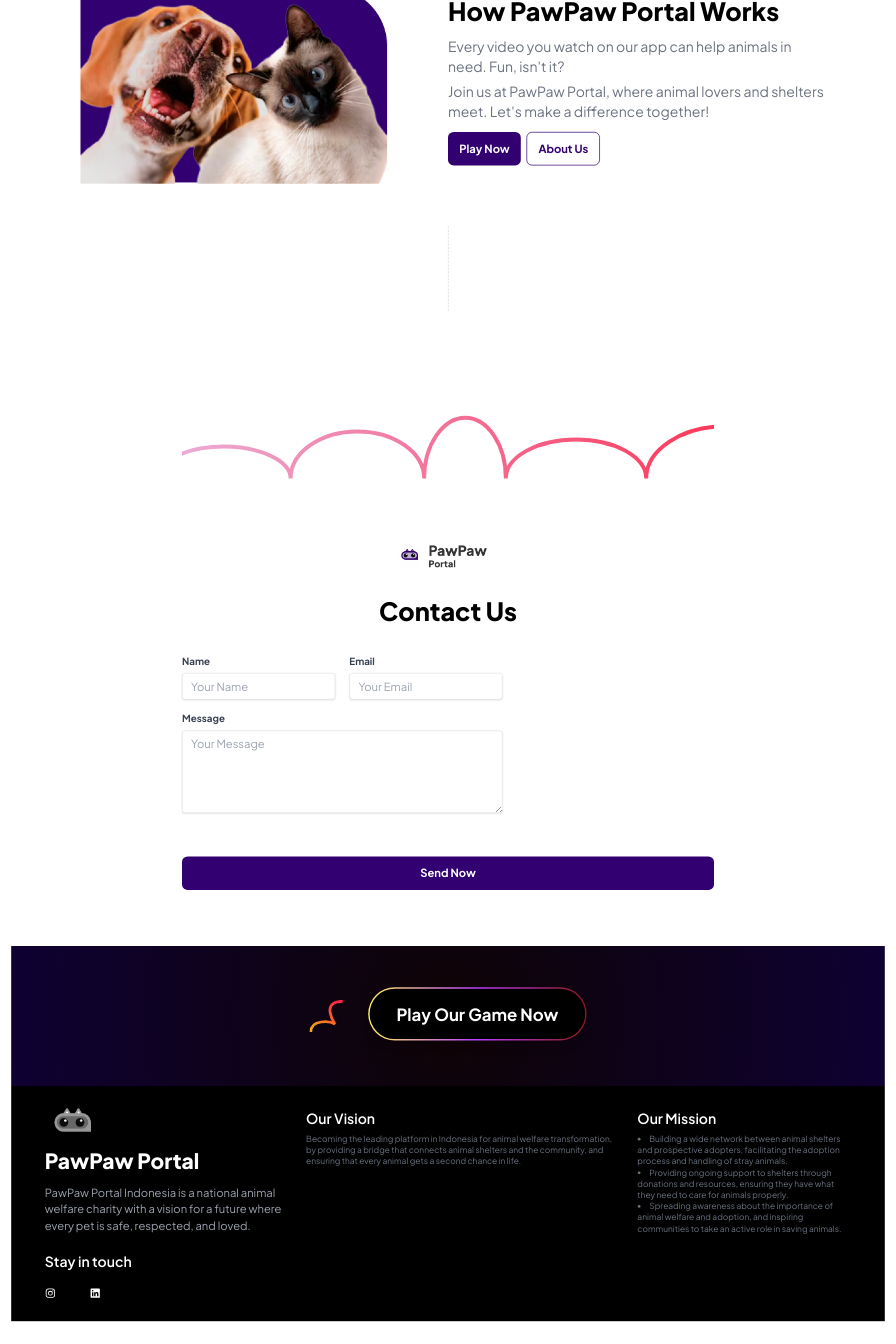
Repository: paskasiregar/pawpawwebsite
Page: /
These files come from the project's save history. The page is drawn as it stood at one moment and after a run of saves; the edit follows.
The browser window is 1280 px wide. The pictures show the part of the page from y = 1298 to 3218 px (the page is 3218 px tall before and 3016 px after), at 70% of full size.
The project was rebuilt for these pictures with package versions that can differ from the ones it lists, and the page was loaded fresh each time. The framework's server and built-in components were replaced by stand-ins that run in the browser. Also part of the build but not shown: next.config.js, next.config.mjs.

Above is the page before, as saved 2024-07-31 14:28:55.

After the next 2 saves:
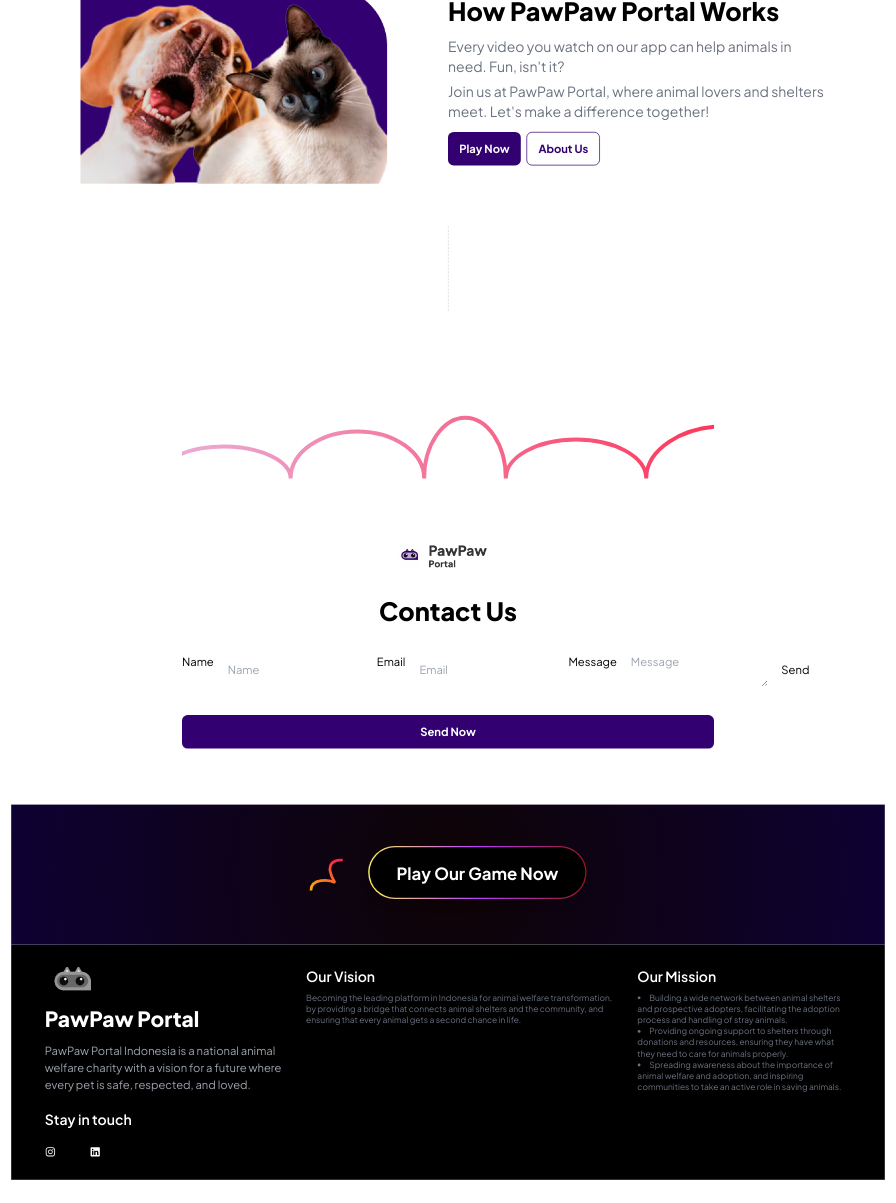
The 2 saves are shown as one change because 1 did not build or start.
The last was saved 40 s later.
--- a/src/components/contact.jsx
+++ b/src/components/contact.jsx
@@ -52,7 +52,32 @@
       <div className="w-full flex flex-col items-start gap-[16px] text-base text-light-l800 font-regular-reg-2">
         <form action="https://submit-form.com/E0a8H8KS4">
           <div className="w-full flex flex-col md:flex-row gap-[20px]">
-            <div className="w-full md:w-1/2">
+            <label for="name">Name</label>
+            <input
+              type="text"
+              id="name"
+              name="name"
+              placeholder="Name"
+              required=""
+            />
+            <label for="email">Email</label>
+            <input
+              type="email"
+              id="email"
+              name="email"
+              placeholder="Email"
+              required=""
+            />
+            <label for="message">Message</label>
+            <textarea
+              id="message"
+              name="message"
+              placeholder="Message"
+              required=""
+            ></textarea>
+            <button type="submit">Send</button>
+          </div>
+          {/* <div className="w-full md:w-1/2">
               <NameInput className="w-full" />
             </div>
             <div className="w-full md:w-1/2">
@@ -61,7 +86,7 @@
           </div>
           <div className="w-full">
             <MessageInput className="w-full" />
-          </div>
+          </div> */}
         </form>
       </div>
       <PrimaryButton>Send Now</PrimaryButton>

After the save that followed:
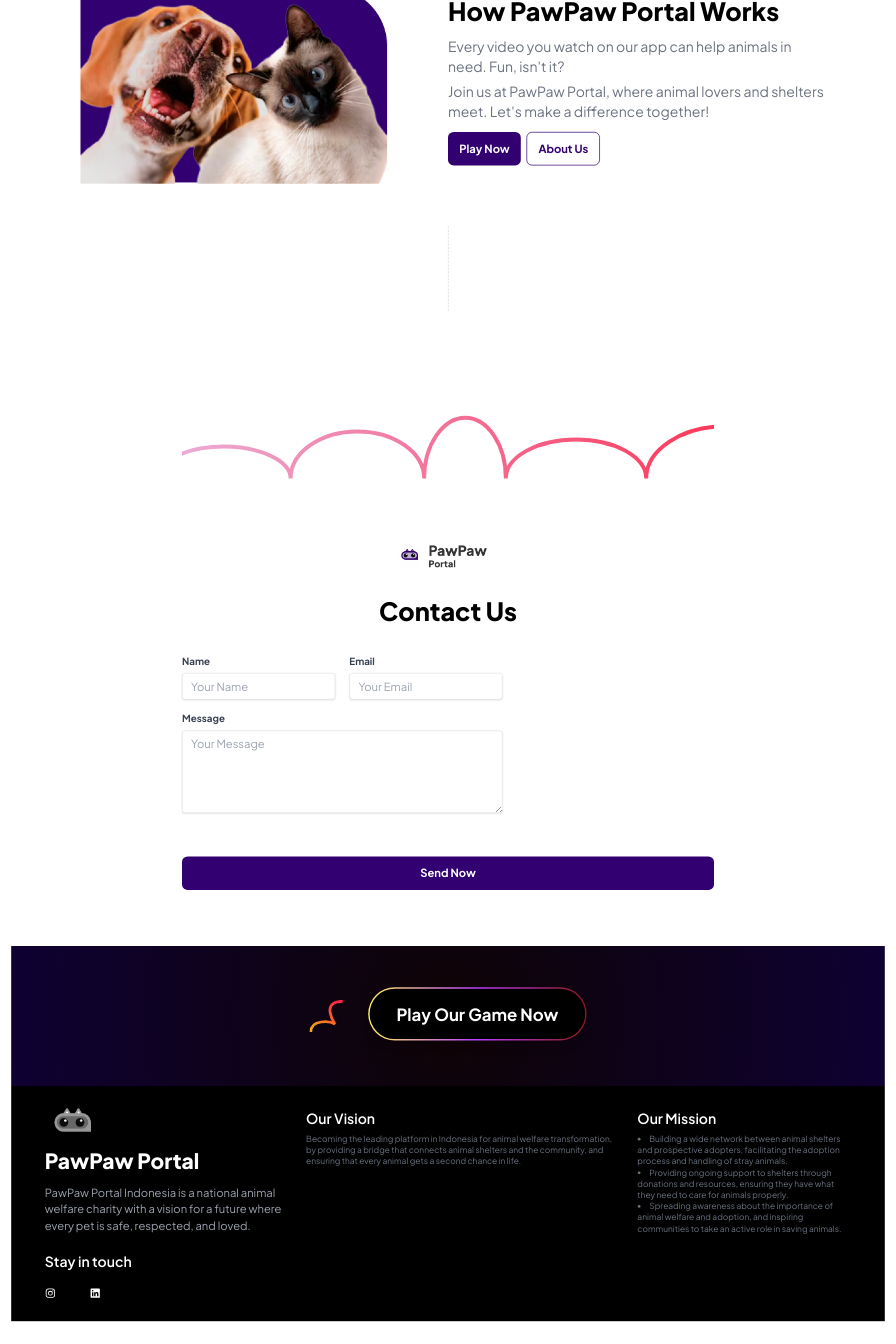
Saved 19 s later.
--- a/src/components/contact.jsx
+++ b/src/components/contact.jsx
@@ -52,32 +52,7 @@
       <div className="w-full flex flex-col items-start gap-[16px] text-base text-light-l800 font-regular-reg-2">
         <form action="https://submit-form.com/E0a8H8KS4">
           <div className="w-full flex flex-col md:flex-row gap-[20px]">
-            <label for="name">Name</label>
-            <input
-              type="text"
-              id="name"
-              name="name"
-              placeholder="Name"
-              required=""
-            />
-            <label for="email">Email</label>
-            <input
-              type="email"
-              id="email"
-              name="email"
-              placeholder="Email"
-              required=""
-            />
-            <label for="message">Message</label>
-            <textarea
-              id="message"
-              name="message"
-              placeholder="Message"
-              required=""
-            ></textarea>
-            <button type="submit">Send</button>
-          </div>
-          {/* <div className="w-full md:w-1/2">
+            <div className="w-full md:w-1/2">
               <NameInput className="w-full" />
             </div>
             <div className="w-full md:w-1/2">
@@ -86,7 +61,7 @@
           </div>
           <div className="w-full">
             <MessageInput className="w-full" />
-          </div> */}
+          </div>
         </form>
       </div>
       <PrimaryButton>Send Now</PrimaryButton>
